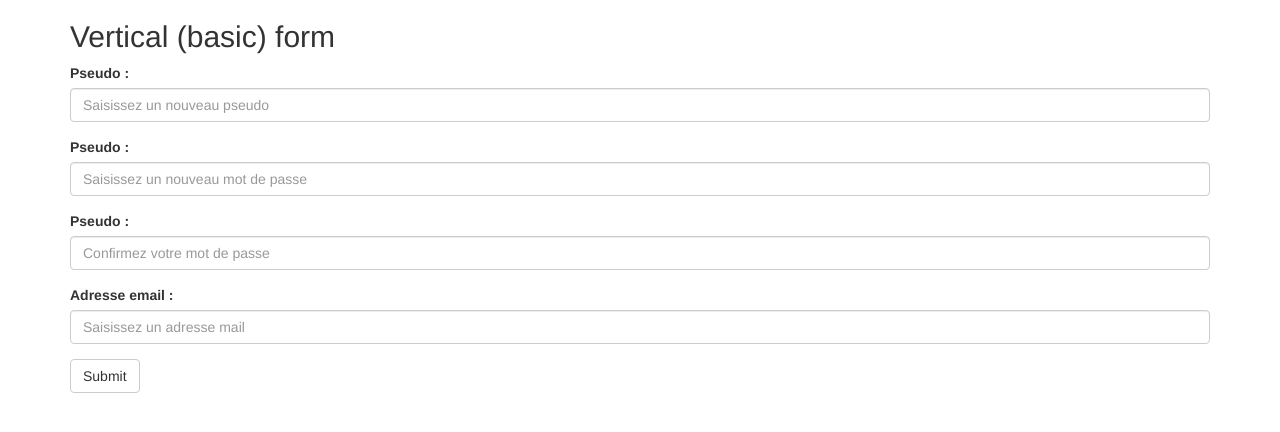
Repository: lemzoo/formation_Java8
Page: EspaceMembre/srcHTML/formulaireInscriptionBasique.html
An editor plug-in stored every save of this project. The page is shown before and after the next save, followed by the edit.
The browser window is 1280 px wide. The pictures show the whole page.

Above is the page before, as saved 2016-06-10 10:42:38.

After the next save:
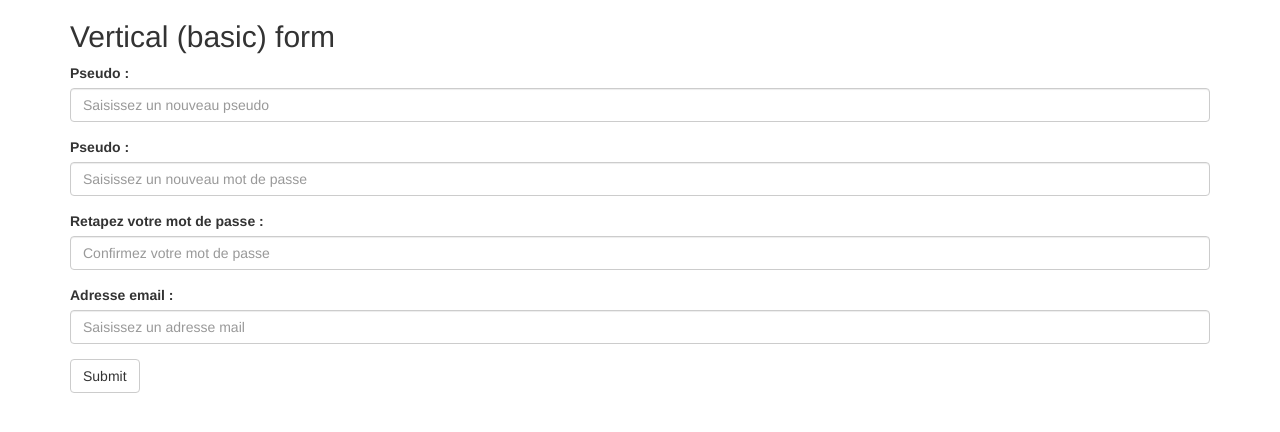
Saved 14 s later.
--- a/EspaceMembre/srcHTML/formulaireInscriptionBasique.html
+++ b/EspaceMembre/srcHTML/formulaireInscriptionBasique.html
@@ -24,7 +24,7 @@
     </div>
 
     <div class="form-group">
-      <label for="passwordSaisi2">Pseudo :</label>
+      <label for="passwordSaisi2">Retapez votre mot de passe :</label>
       <input type="password" class="form-control" name="passwordSaisi2" placeholder="Confirmez votre mot de passe">
     </div>
 
